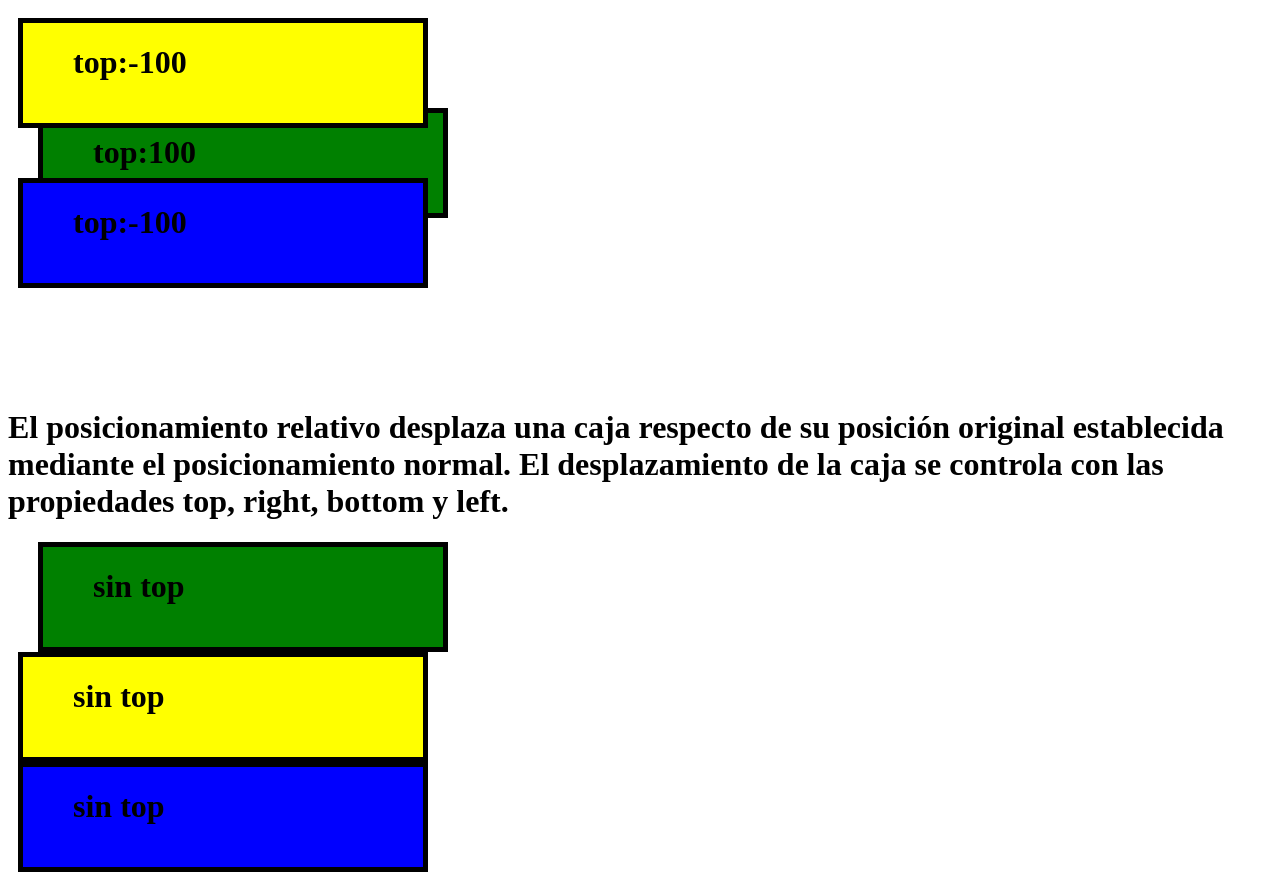
Repository: antonio63j/misNotas
Page: software/CSS/Demos/aptana_proyect/src/relativo.html
These files come from the project's save history. The page is drawn as it stood at one moment and after the next save; the edit follows.
The browser window is 1280 px wide. The pictures show the whole page.

Above is the page before, as saved 2017-04-23 17:22:22.

### software/CSS/Demos/aptana_proyect/src/relativo.html
<!DOCTYPE html>
<html>
<head>
<style>

#caja1 {
  position:relative;
  top:100px;
  left:20px;
  width: 300px;
  height:100px;
  padding-left:  50px;
  padding-right: 50px;
  margin-left:   10px;
  margin-right:  10px;
  border: 5px solid black;
  padding-top: 0px;
  background-color:green;
}

#caja2 {
  position:relative;
  top:-100px;
  width: 300px;
  height:100px;
  padding-left:  50px;
  padding-right: 50px;
  margin-left:   10px;
  margin-right:  10px;
  border: 5px solid black;
  margin-bottom:50px;
  background-color:yellow;
}

#caja3 {
  position:relative;
  top:-100px;
  width: 300px;
  height:100px;
  padding-left:  50px;
  padding-right: 50px;
  margin-left:   10px;
  margin-right:  10px;
  border: 5px solid black;
  margin-bottom:10px;
  background-color: blue;
}

#caja11 {
  position:relative;

  left:20px;
  width: 300px;
  height:100px;
  padding-left:  50px;
  padding-right: 50px;
  margin-left:   10px;
  margin-right:  10px;
  border: 5px solid black;
  padding-top: 0px;
  background-color:green;
}

#caja22 {
  position:relative;

  width: 300px;
  height:100px;
  padding-left:  50px;
  padding-right: 50px;
  margin-left:   10px;
  margin-right:  10px;
  border: 5px solid black;
  margin-bottom:0px;
  background-color:yellow;
}

#caja33 {
  position:relative;

  width: 300px;
  height:100px;
  padding-left:  50px;
  padding-right: 50px;
  margin-left:   10px;
  margin-right:  10px;
  border: 5px solid black;
  margin-bottom:0px;
  background-color: blue;
}


</style>
</head>



<body>

<div id="caja1"><h1>top:100</h1></div>
<div id="caja2"><h1>top:-100</h1></div>
<div id="caja3"><h1>top:-100</h1></div>

<h1>El posicionamiento relativo desplaza una caja respecto de su posición original establecida mediante el posicionamiento normal. El desplazamiento de la caja se controla con las propiedades top, right, bottom y left.</h1>

<div id="caja11"><h1>sin top</h1></div>
<div id="caja22"><h1>sin top</h1></div>
<div id="caja33"><h1>sin top</h1></div>

</body>

</html>

After the next save:
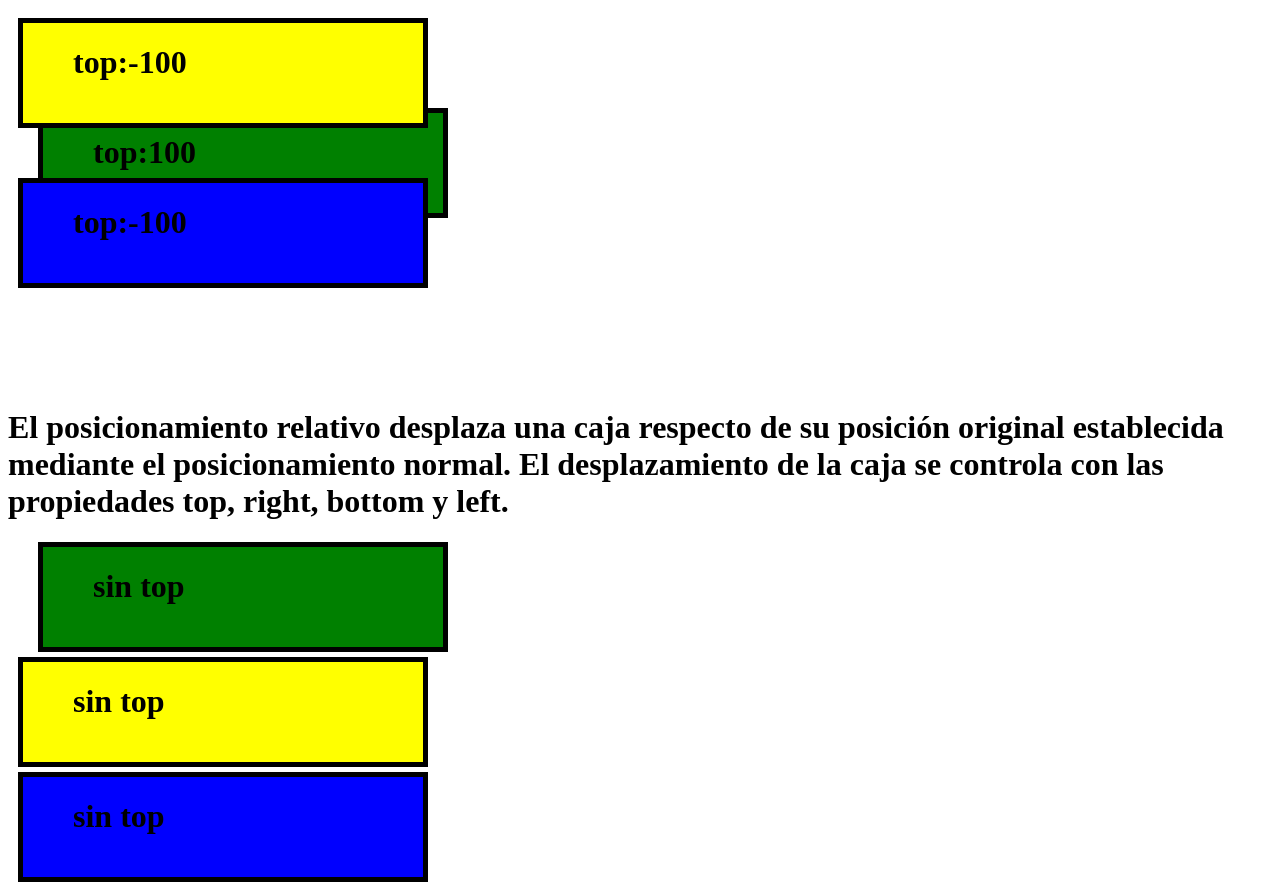
Saved 95 s later.
--- a/software/CSS/Demos/aptana_proyect/src/relativo.html
+++ b/software/CSS/Demos/aptana_proyect/src/relativo.html
@@ -58,6 +58,7 @@
   margin-right:  10px;
   border: 5px solid black;
   padding-top: 0px;
+    margin-bottom:5px;
   background-color:green;
 }
 
@@ -71,7 +72,7 @@
   margin-left:   10px;
   margin-right:  10px;
   border: 5px solid black;
-  margin-bottom:0px;
+  margin-bottom:5px;
   background-color:yellow;
 }
 
@@ -86,6 +87,7 @@
   margin-right:  10px;
   border: 5px solid black;
   margin-bottom:0px;
+    margin-bottom:5px;
   background-color: blue;
 }
 
